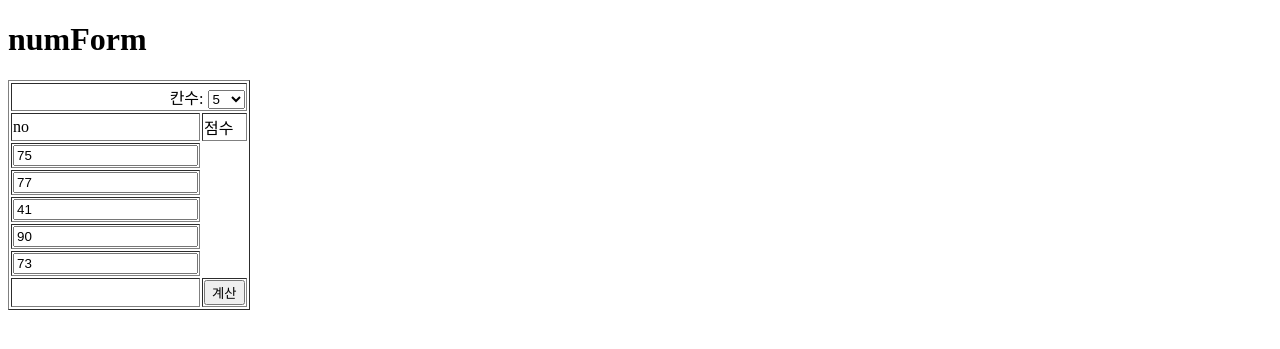
Repository: Jamikidu/newJsp
Page: http://localhost/jspProj/request/numForm.jsp
The author's editor kept a copy of each file at every save. The page is drawn from the files as they stood at one save, then again after the next save.
The browser window is 1280 px wide. The pictures show the whole page.
The page is served by Tomcat 9. Other server files are loaded and not shown.

Above is the page before, as saved 2023-07-28 01:05:37.

### jspProj/src/main/webapp/request/numForm.jsp
<%@ page language="java" contentType="text/html; charset=UTF-8"
    pageEncoding="UTF-8"%>
<%
	int cnt = 5;
	if(request.getParameter("cnt") != null){
		cnt = Integer.parseInt(request.getParameter("cnt"));
	}

%>
<!DOCTYPE html>
<html>
<head>
<meta charset="UTF-8">
<title>numForm</title>
<script type="text/javascript">
	function cntChange(){

		qwer.action="?"
		qwer.submit()
	}
</script>
</head>
<body>
<h1>numForm</h1>
<form action="numReg.jsp" name="qwer">
	<table border="">
		<tr>
			<td colspan="2" align="right">
			칸수:
				<select name="cnt" id="" onchange="cntChange()">
				<% for(int i=5; i<=30; i+=5){
				   String sel ="";

				   if(i == cnt){
					   sel = "selected";
				   }
				%>
					<option <%=sel%>><%=i %></option>
				<% } %>
				</select>
			</td>

		</tr>
		<tr>
			<td>no</td>
			<td>점수</td>
		</tr>

		 <% for(int i=0;i<cnt;i++){ %>
		 <tr>
			<td><input type="text" name="no" value="<%=(int)(Math.random()*90)+10 %>" /></td>
		</tr>
		<% } %>
		<tr>
			<td></td>
			<td colspan="2" align="right">
				<input type="submit" value="계산" />
			</td>
		</tr>
	</table>
</form>

</body>
</html>

After the next save:
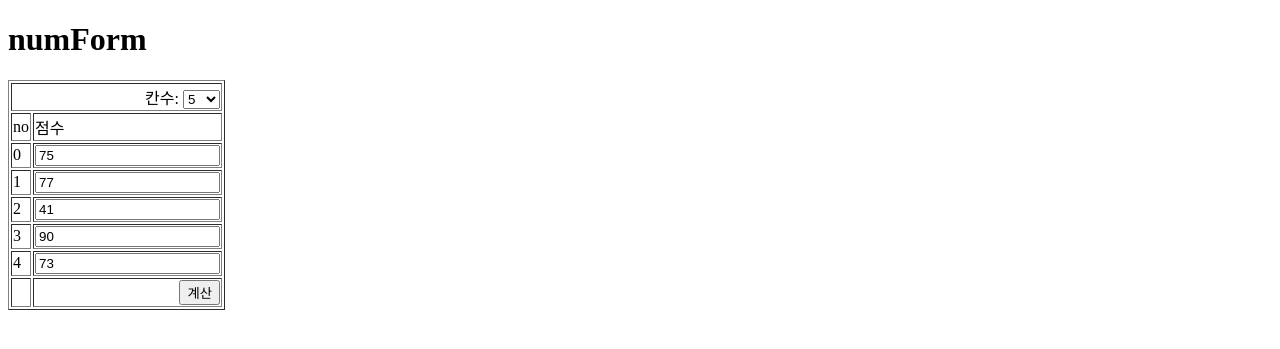
Saved 42 s later.
--- a/jspProj/src/main/webapp/request/numForm.jsp
+++ b/jspProj/src/main/webapp/request/numForm.jsp
@@ -48,6 +48,7 @@
 
 		 <% for(int i=0;i<cnt;i++){ %>
 		 <tr>
+		 	<td><%= i %></td>
 			<td><input type="text" name="no" value="<%=(int)(Math.random()*90)+10 %>" /></td>
 		</tr>
 		<% } %>
